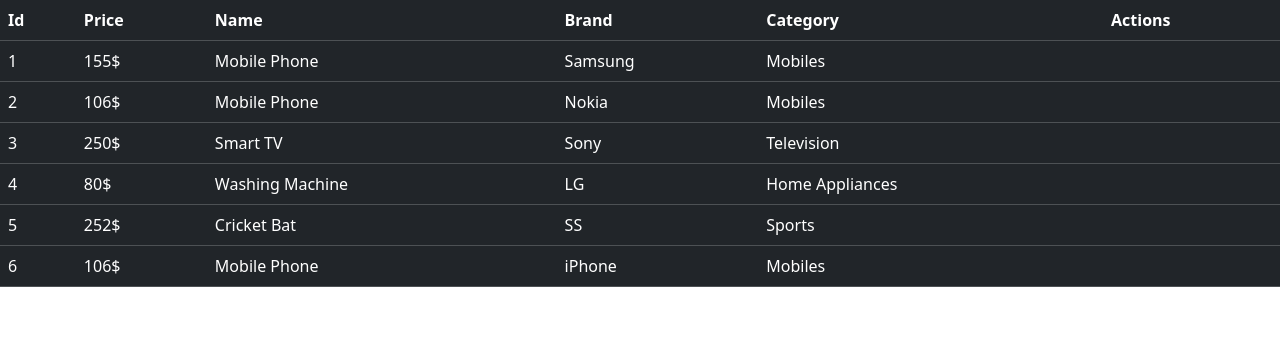
Repository: SriChakraTeja/json-crud
Page: /
An editor plug-in stored every save of this project. The page is shown before and after the next save, followed by the edit.
The browser window is 1280 px wide. The pictures show the whole page.
The project was rebuilt for these pictures with package versions that can differ from the ones it lists, and the page was loaded fresh each time. Requests to the local data server were answered from the project's data file. Also part of the build but not shown: src/components/ProductDetails.js.

Above is the page before, as saved 2023-12-23 13:59:37.

### src/index.js
import React from 'react';
import ReactDOM from 'react-dom/client';
import './index.css';
import App from './App';
import reportWebVitals from './reportWebVitals';
import { BrowserRouter as Router } from 'react-router-dom';
import '../node_modules/bootstrap/dist/css/bootstrap.min.css'

const root = ReactDOM.createRoot(document.getElementById('root'));
root.render(
  <React.StrictMode>
    <Router>
      <App />
    </Router>
  </React.StrictMode>
);

// If you want to start measuring performance in your app, pass a function
// to log results (for example: reportWebVitals(console.log))
// or send to an analytics endpoint. Learn more: https://bit.ly/CRA-vitals
reportWebVitals();

### src/App.js
import React from 'react'
import { Routes,Route } from 'react-router-dom'
import Home from './components/Home'
import ProductDetails from './components/ProductDetails'

const App = () => {
  return (
    <main>
      <Routes>
        <Route path="/" element = {<Home/>}/>
        <Route path='/products/:id' element= {<ProductDetails />} />
      </Routes>
    </main>
  )
}

export default App

### src/components/Home.js
import React, { useEffect } from 'react'
import { useState } from 'react'

const Home = () => {
    const [products, setProducts] = useState([])
    const url = 'http://localhost:3100/products'
    useEffect(()=> {
        fetch(url).then(response=>response.json())
        .then(data=>setProducts(data))
    })
    return (
        <section>
            <table className='table table-dark'>
                <thead>
                    <tr>
                        <th>Id</th>
                        <th>Price</th>
                        <th>Name</th>
                        <th>Brand</th>
                        <th>Category</th>
                        <th>Actions</th>
                    </tr>
                </thead>
                <tbody>
                    {
                        products.map((product) =>
                            <tr>
                                <td>{product.id}</td>
                                <td>{product.price}$</td>
                                <td>{product.name}</td>
                                <td>{product.brand}</td>
                                <td>{product.category}</td>
                                <td></td>
                            </tr>
                        )
                    }
                </tbody>
            </table>
        </section>
    )
}

export default Home

### db.json
{
    "products" : [
        {
            "id" : 1,
            "price" : 155,
            "name" : "Mobile Phone",
            "brand" : "Samsung",
            "category" : "Mobiles"
        },
        {
            "id" : 2,
            "price" : 106,
            "name" : "Mobile Phone",
            "brand" : "Nokia",
            "category" : "Mobiles"
        },
        {
            "id" : 3,
            "price" : 250,
            "name" : "Smart TV",
            "brand" : "Sony",
            "category" : "Television"
        },
        {
            "id" : 4,
            "price" : 80,
            "name" : "Washing Machine",
            "brand" : "LG",
            "category" : "Home Appliances"
        },
        {
            "id" : 5,
            "price" : 252,
            "name" : "Cricket Bat",
            "brand" : "SS",
            "category" : "Sports"
        },
        {
            "id" : 6,
            "price" : 106,
            "name" : "Mobile Phone",
            "brand" : "iPhone",
            "category" : "Mobiles"
        }
    ]
}

Loaded but not shown: public/index.html (common file); src/index.css (common file); src/reportWebVitals.js (common file)

After the next save:
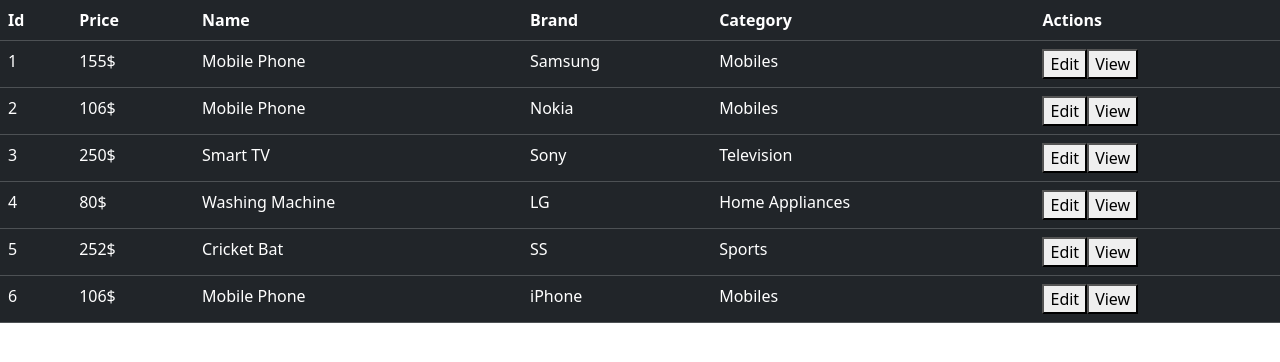
Saved 11 s later.
--- a/src/components/Home.js
+++ b/src/components/Home.js
@@ -30,7 +30,10 @@
                                 <td>{product.name}</td>
                                 <td>{product.brand}</td>
                                 <td>{product.category}</td>
-                                <td></td>
+                                <td>
+                                    <button>Edit</button>
+                                    <button>View</button>
+                                </td>
                             </tr>
                         )
                     }
